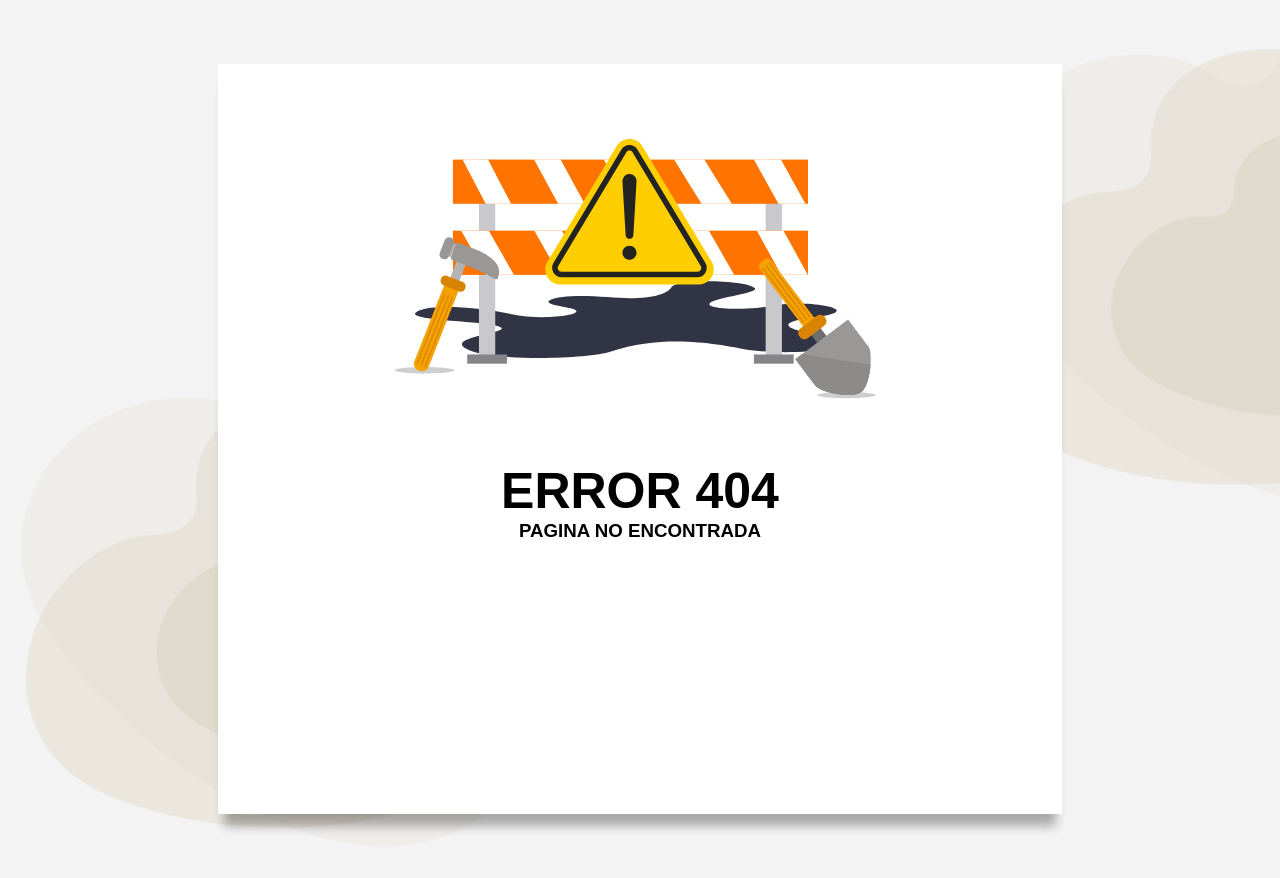
Repository: AlejandraBarrachina23/TPIntegrador_Barrachina_Java
Page: http://localhost/Alejandra_Barrachina_TP_Integrador1/error404.jsp
An editor plug-in stored every save of this project. The page is shown before and after the next save, followed by the edit.
The browser window is 1280 px wide. The pictures show the whole page.
Some web libraries are served in a nearby version. The page is served by Tomcat 9. Nobody is signed in. The application's start-up code is not run.

Above is the page before, as saved 2019-12-04 22:09:24.

After the next save:
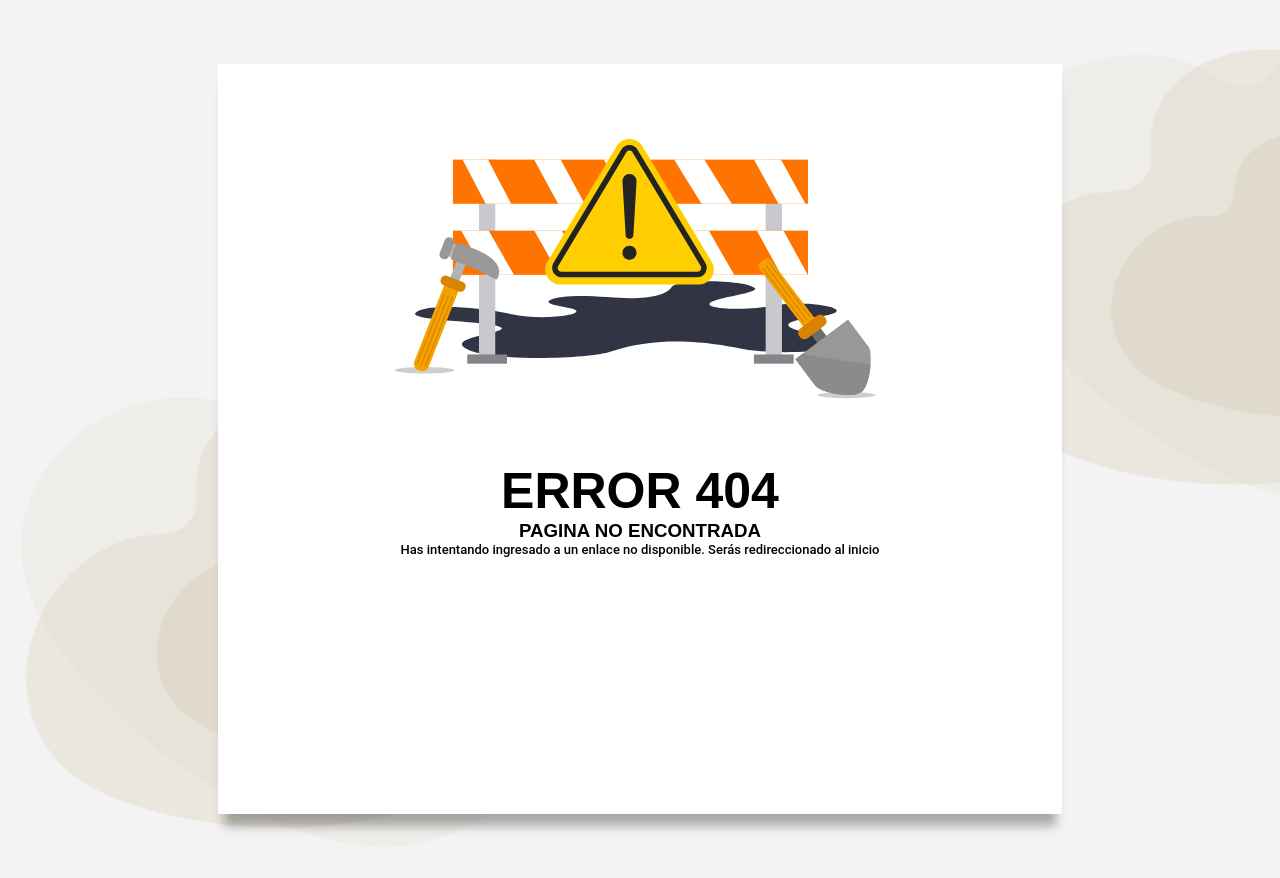
Saved 40 s later.
--- a/Alejandra_Barrachina_TP_Integrador1/WebContent/error404.jsp
+++ b/Alejandra_Barrachina_TP_Integrador1/WebContent/error404.jsp
@@ -15,6 +15,7 @@
 		<img src="img/404.svg" alt="icono-advertencia" class="">
 		<h2>ERROR 404</h2>
 		<h3>PAGINA NO ENCONTRADA</h3>
+		<p>Has intentando ingresado a un enlace no disponible. Serás redireccionado al inicio</p>
 </div>
 
 </body>
